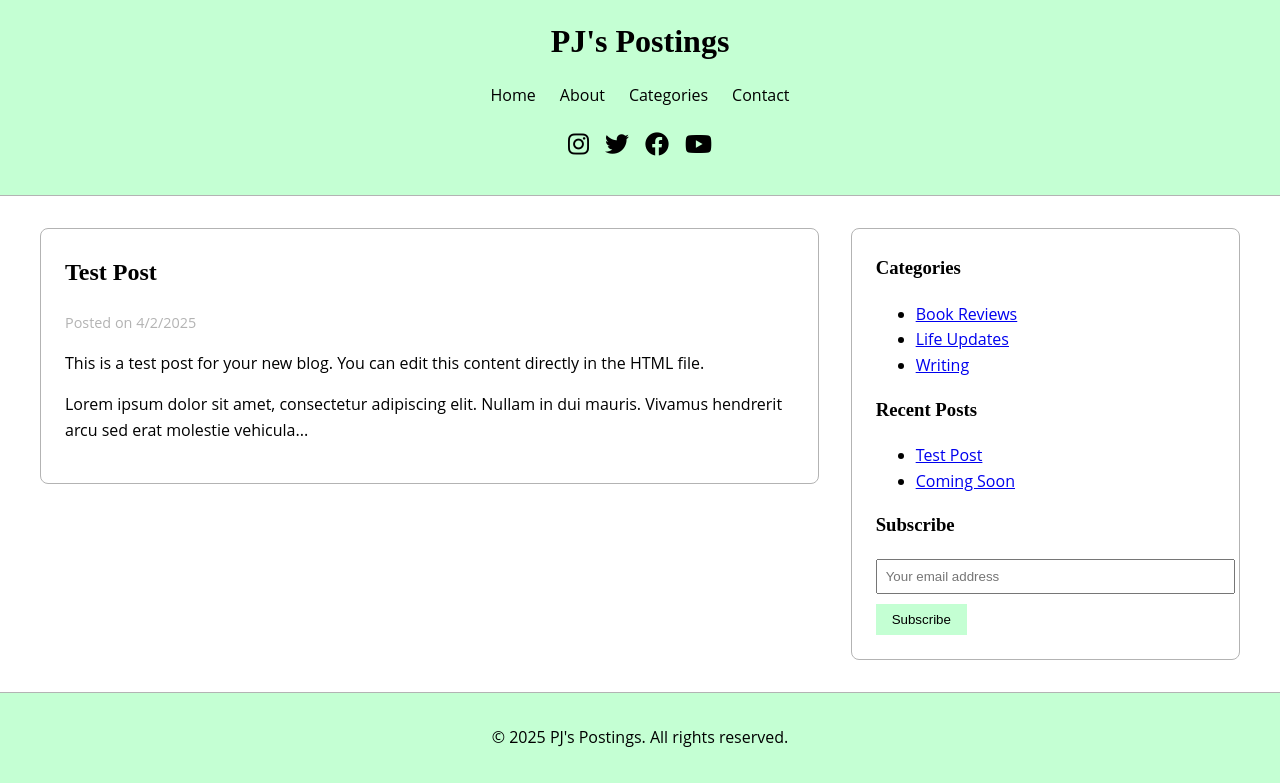
Repository: pjpatrick071/pjpatrick071.github.io
Page: index.html
An editor plug-in stored every save of this project. The page is shown before and after the next save, followed by the edit.
The browser window is 1280 px wide. The pictures show the whole page.
Some web fonts or font styles are not loaded; a fallback is used.

Above is the page before, as saved 2025-04-02 22:07:53.

After the next save:
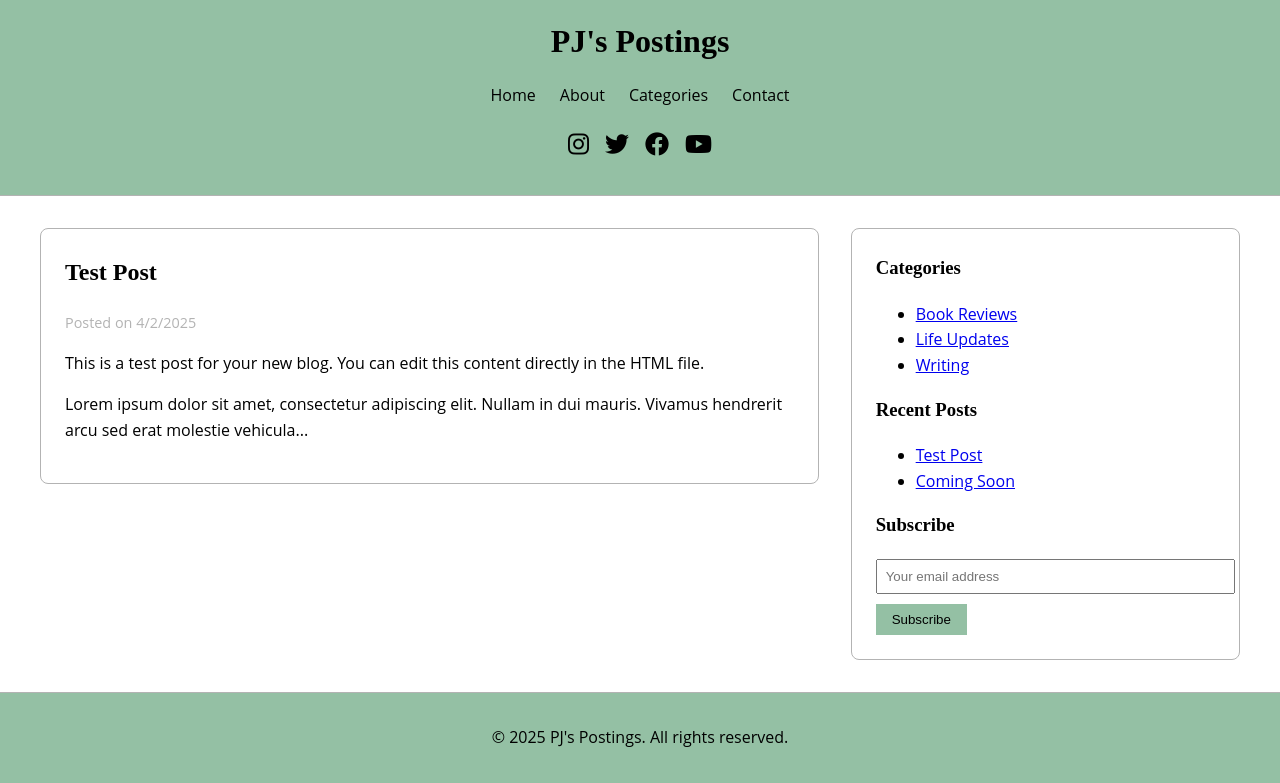
Saved 4 min 24 s later.
--- a/index.html
+++ b/index.html
@@ -14,7 +14,7 @@
     <!-- Main Styles (adapted from original) -->
     <style>
         :root {
-            --soft-green: #c4ffd3;
+            --soft-green: #94c0a4;
             --silver: #b3b3b3;
             --black: #000000;
             --white: #ffffff;

After the save that followed:
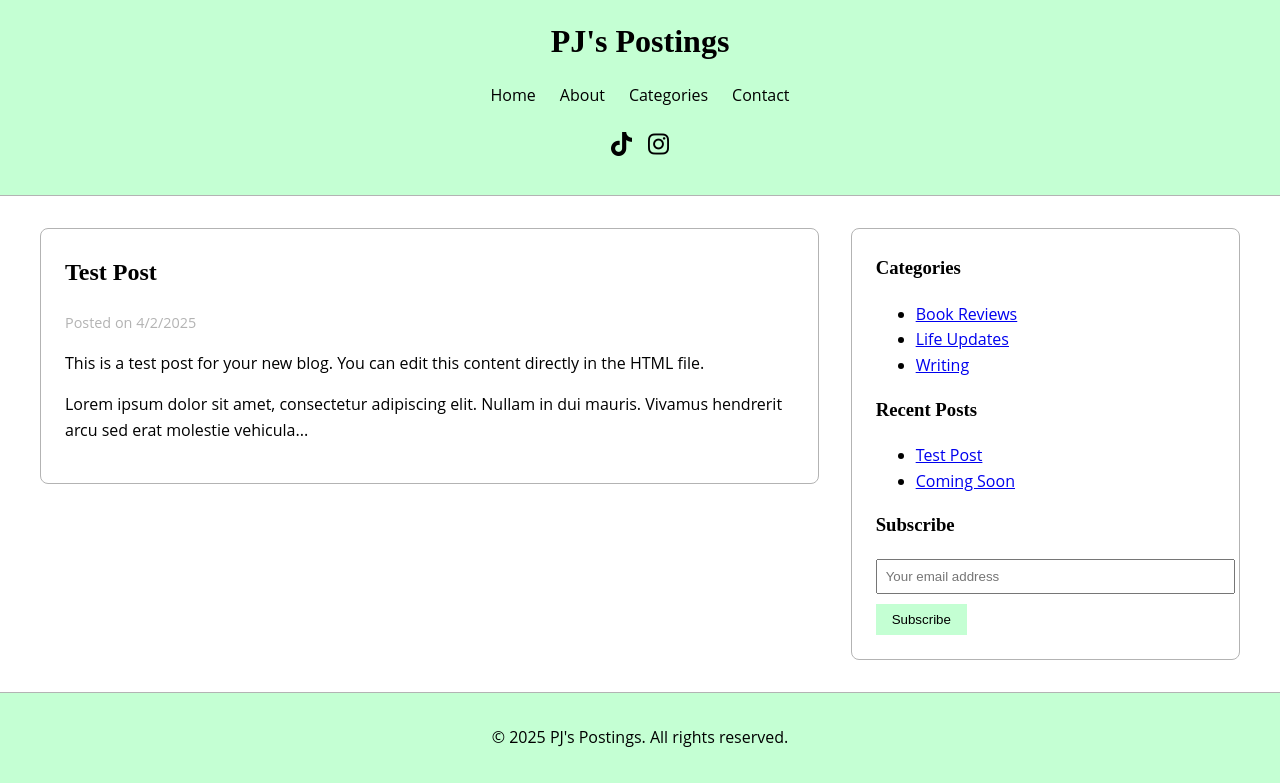
Saved 3 min 17 s later.
--- a/index.html
+++ b/index.html
@@ -14,7 +14,7 @@
     <!-- Main Styles (adapted from original) -->
     <style>
         :root {
-            --soft-green: #94c0a4;
+            --soft-green: #c4ffd3;
             --silver: #b3b3b3;
             --black: #000000;
             --white: #ffffff;
@@ -159,12 +159,10 @@
             </ul>
         </nav>
 
-        <!-- Social Links -->
+        <!-- Social Links - Only TikTok and Instagram -->
         <div class="social-links">
-            <a href="#" target="_blank"><i class="fab fa-instagram"></i></a>
-            <a href="#" target="_blank"><i class="fab fa-twitter"></i></a>
-            <a href="#" target="_blank"><i class="fab fa-facebook"></i></a>
-            <a href="#" target="_blank"><i class="fab fa-youtube"></i></a>
+            <a href="https://www.tiktok.com/@p.j.patrick" target="_blank" rel="noopener noreferrer"><i class="fab fa-tiktok"></i></a>
+            <a href="#" target="_blank" rel="noopener noreferrer"><i class="fab fa-instagram"></i></a>
         </div>
     </header>
 
